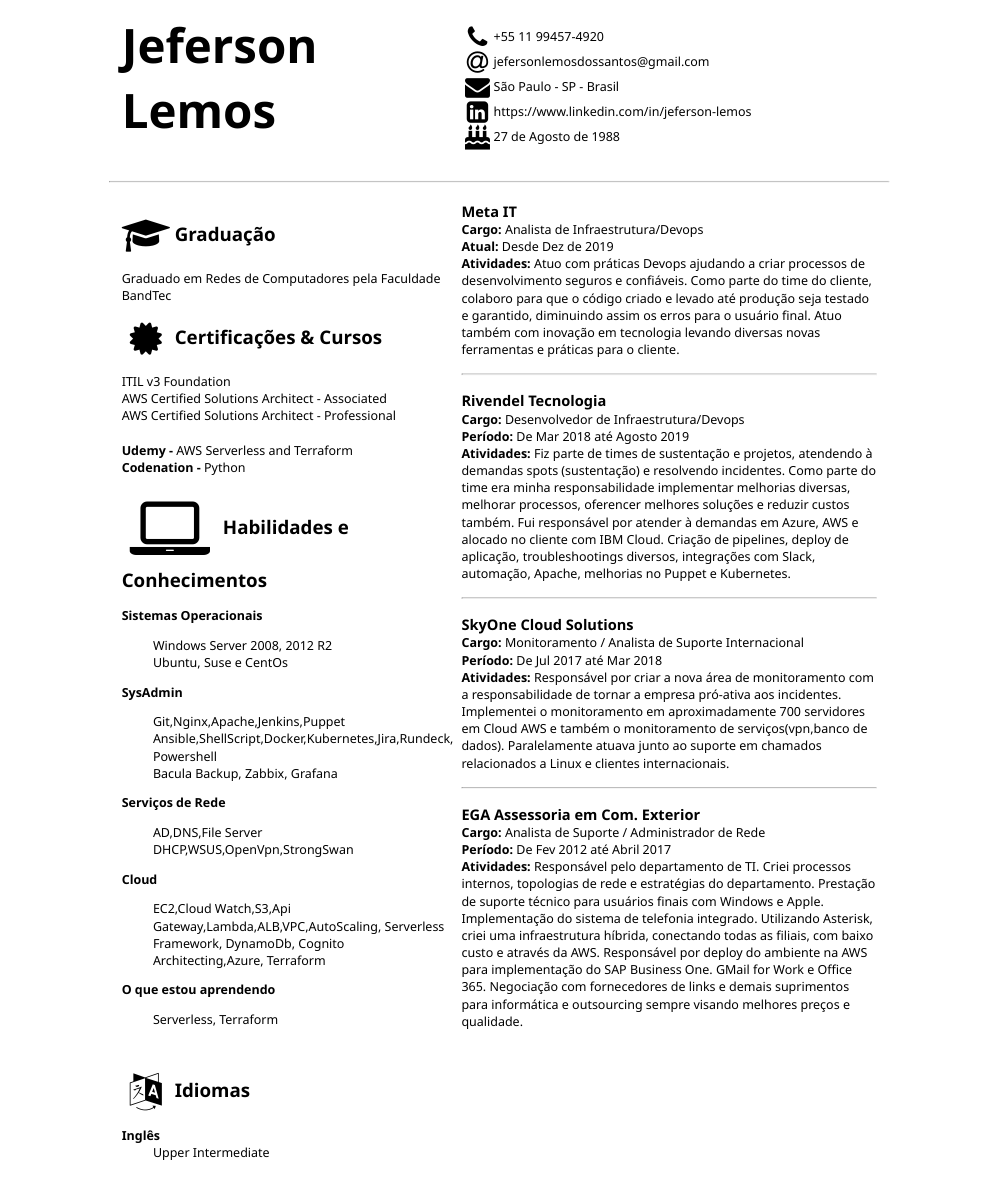
Repository: jefersonlemos/Resume-pt
Page: index.html
These files come from the project's save history. The page is drawn as it stood at one moment and after the next save; the edit follows.
The browser window is 1280 px wide. The pictures show the whole page, at 78% of full size.

Above is the page before, as saved 2020-06-15 12:00:40.

After the next save:
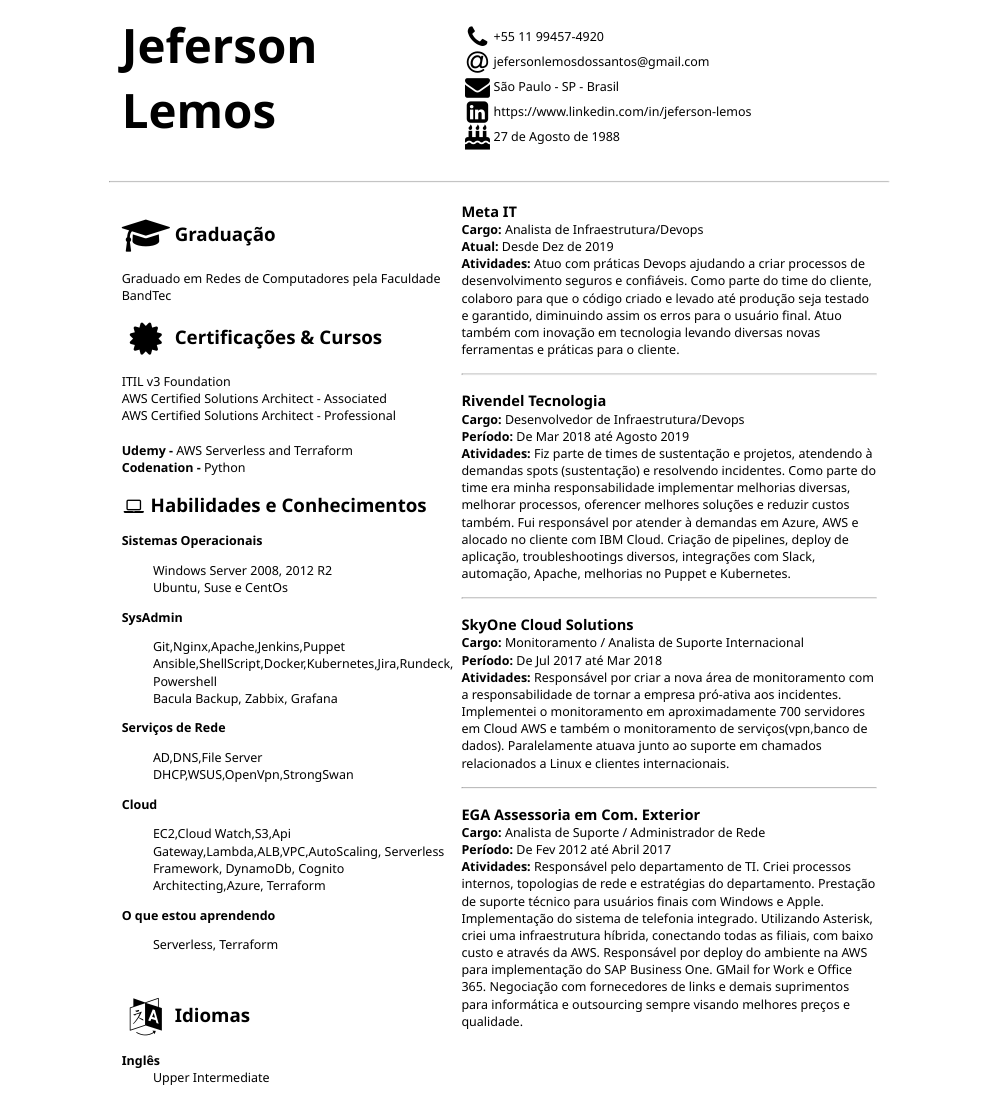
Saved 17 s later.
--- a/index.html
+++ b/index.html
@@ -55,7 +55,7 @@
 
                 </article>
 				 <article>
-                    <h2><i class="fa fa-fw fa-4x fa-laptop"></i> Habilidades e Conhecimentos</h2>
+                    <h2><i class="fa fa-fw fa-6x fa-laptop"></i> Habilidades e Conhecimentos</h2>
                     <dl>
                         <dt>Sistemas Operacionais</dt>
                         <dd>
